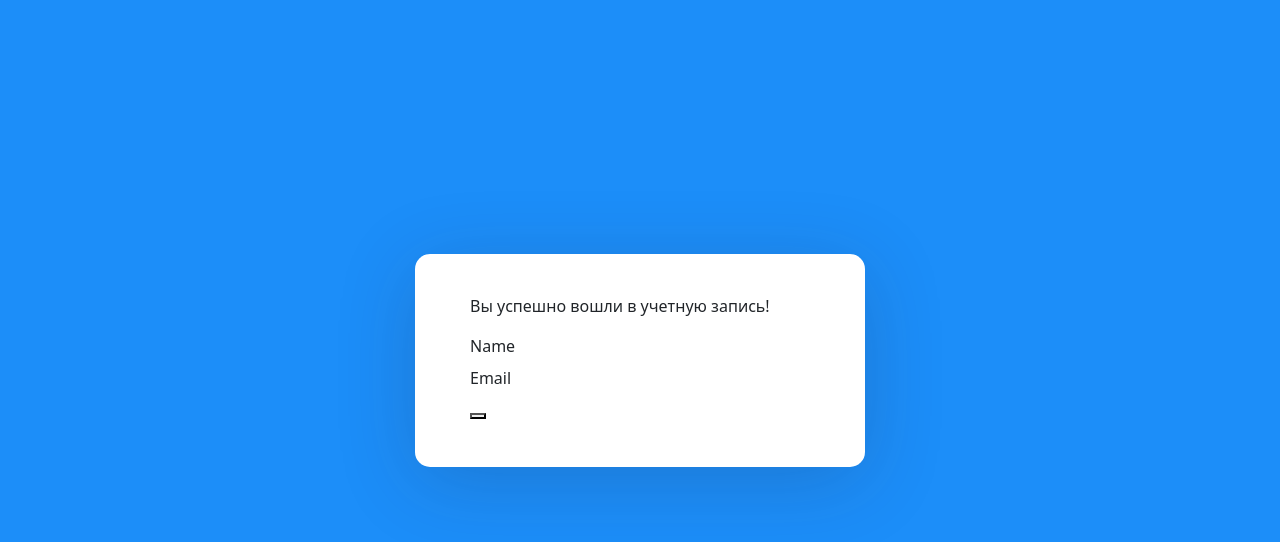
Repository: bandikost/cartoon
Page: /userDetails
These files come from the project's save history. The page is drawn as it stood at one moment and after the next save; the edit follows.
The browser window is 1280 px wide. The pictures show the whole page.
The page's requests for data from a server got no answer. The project was rebuilt for these pictures with package versions that can differ from the ones it lists, and the page was loaded fresh each time. No one was signed in, and anything a server would have sent is missing. Also part of the build but not shown: src/components/signup_component.js. Imported but missing from the stored project, and not drawn on this page: src/components/login_component.

Above is the page before, as saved 2022-11-28 17:48:22.

After the next save:
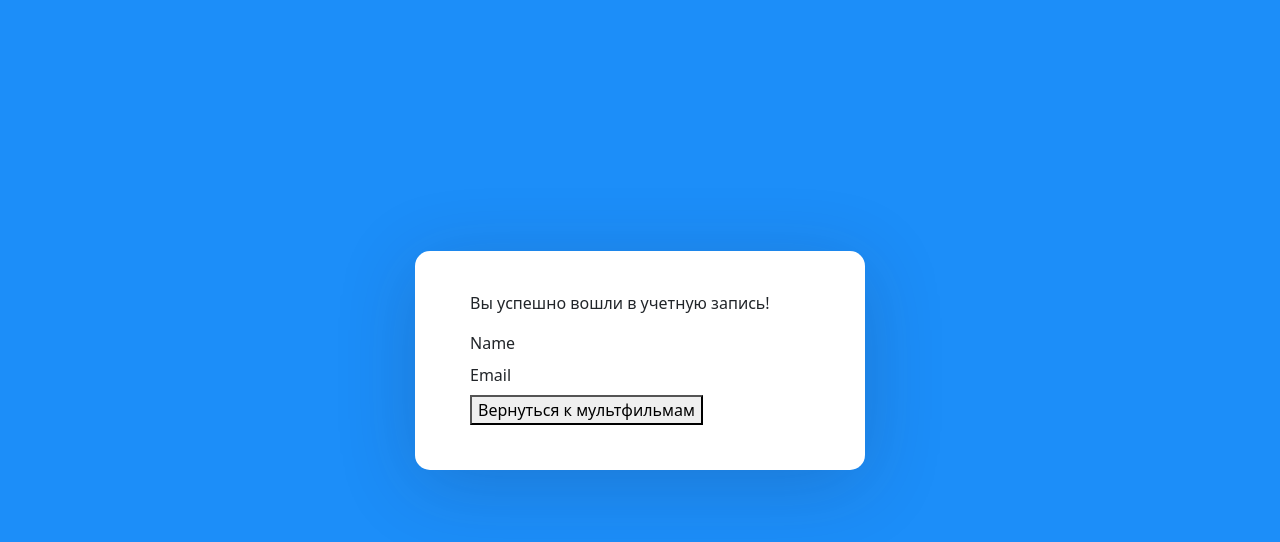
Saved 15 s later.
--- a/src/components/userDetails.js
+++ b/src/components/userDetails.js
@@ -32,7 +32,7 @@ export default class UserDetails extends Component {
         <p>Вы успешно вошли в учетную запись!</p>
         Name<h1>{this.state.userData.fname}</h1>
         Email <h1>{this.state.userData.email}</h1>
-        <button></button>
+        <button>Вернуться к мультфильмам</button>
       </div>
 
     );
